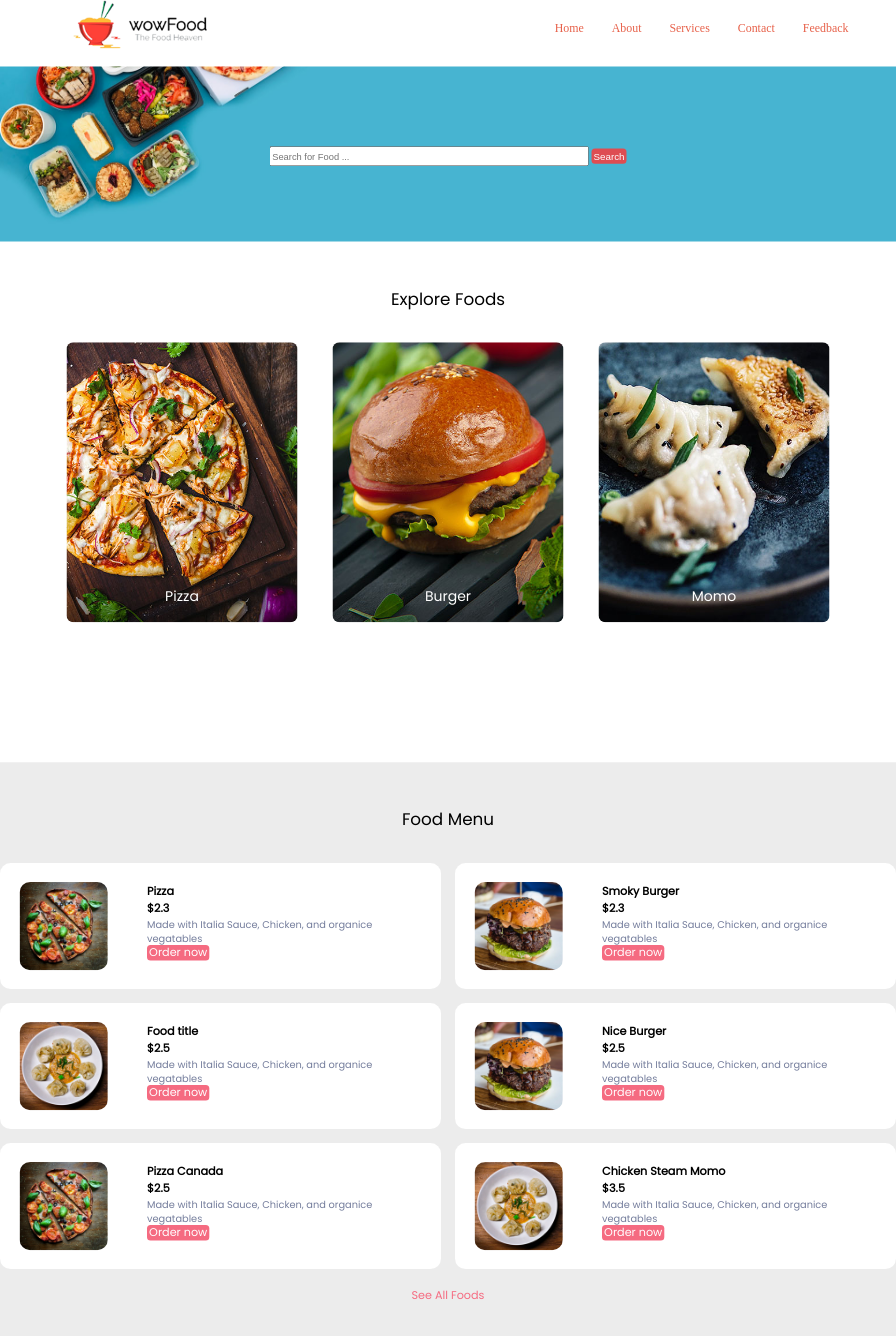
Repository: ruaruababa/WowFood
Page: index.html
These files come from the project's save history. The page is drawn as it stood at one moment and after the next save; the edit follows.
The browser window is 1280 px wide. The pictures show the whole page, at 70% of full size.

Above is the page before, as saved 2021-09-19 17:42:26.

After the next save:
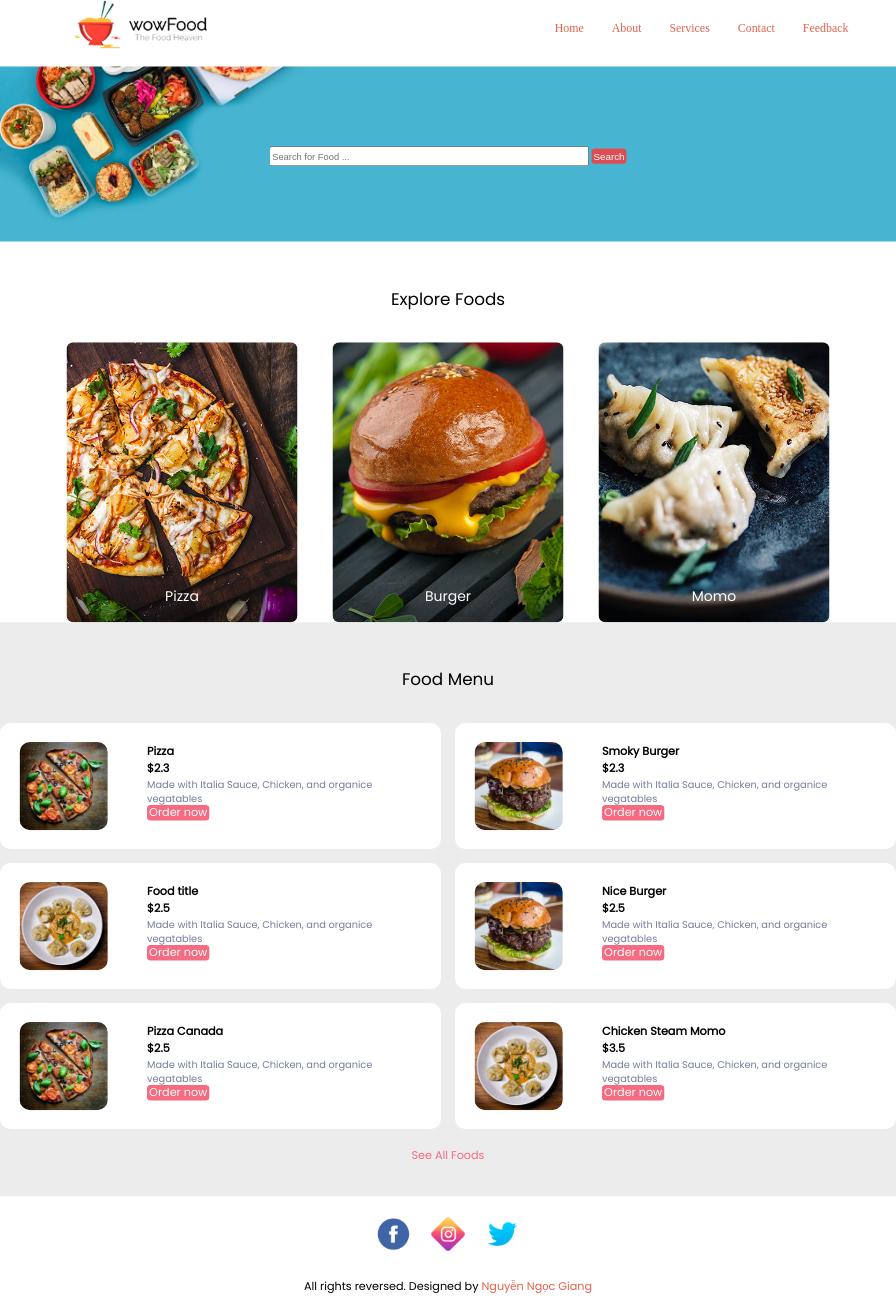
Saved 28 s later.
--- a/style.css
+++ b/style.css
@@ -320,7 +320,7 @@ section {
   position: relative;
 }
 
-article{
+/* article{
   position: relative;
   top: 200px;
-}
+} */
